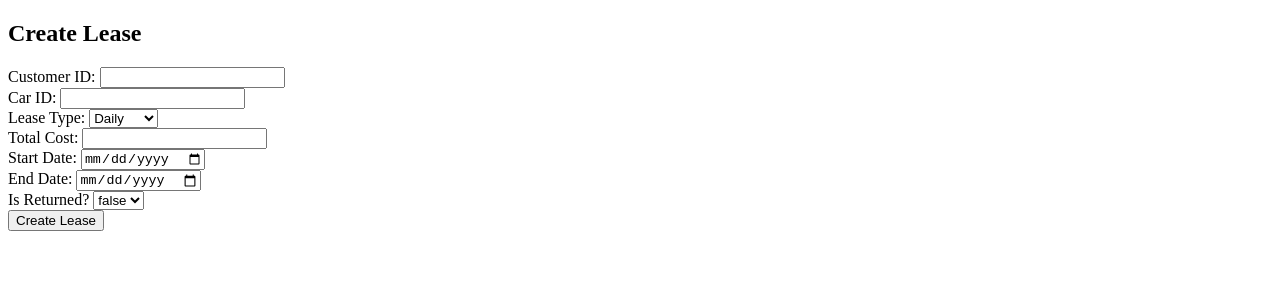
Repository: NirmalyaSatapathy/NirmalyaSatapathyProjects
Page: CarRental/CarRental/src/main/webapp/createLease.html
These files come from the project's save history. The page is drawn as it stood at one moment and after the next save; the edit follows.
The browser window is 1280 px wide. The pictures show the whole page.

Above is the page before, as saved 2025-05-04 19:39:27.

After the next save:
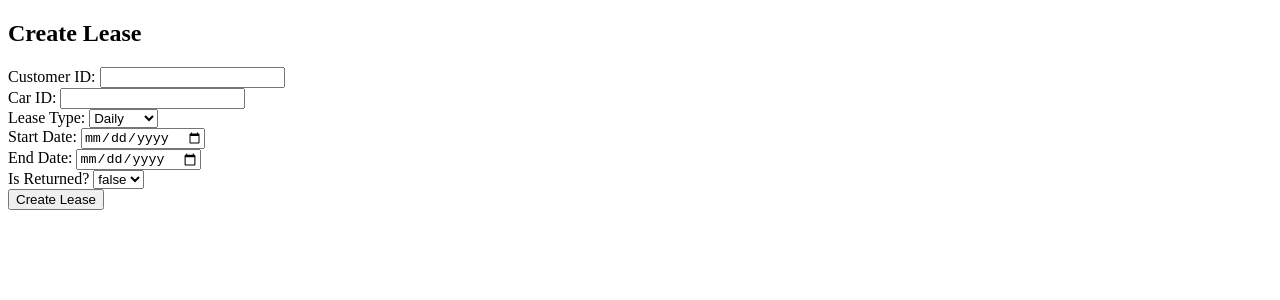
Saved 28 min 39 s later.
--- a/CarRental/CarRental/src/main/webapp/createLease.html
+++ b/CarRental/CarRental/src/main/webapp/createLease.html
@@ -19,8 +19,7 @@
             <option value="daily">Daily</option>
             <option value="monthly">Monthly</option>
         </select><br>
-        <label for="cost">Total Cost:</label>
-        <input type="number" step="0.01" id="cost" name="cost" required><br>
+
 
         <label for="startDate">Start Date:</label>
         <input type="date" id="startDate" name="startDate" required><br>
